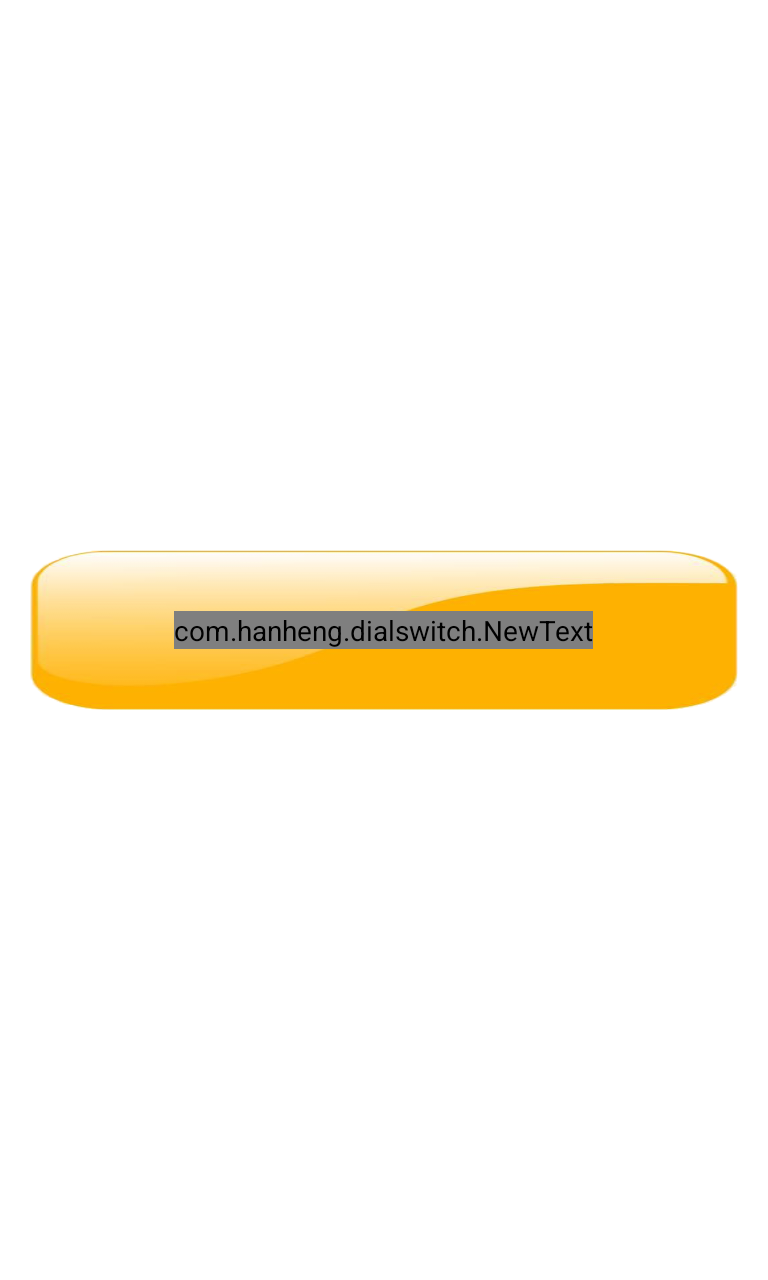
Repository: CovaWang/temporary_embedded
Layout: 7#车联·共享单车/代码/代码/res/layout/display.xml
These files come from the project's save history. The layout is drawn as it stood at one moment and after the next save; the edit follows.
Pictures or frames that could not be fetched are drawn as grey boxes. It is drawn on a 768 x 1280 px phone screen (xhdpi) without system bars, with theme AppTheme; the app's code is not run.

Above is the layout before, as saved 2024-05-15 11:45:05.

After the next save:
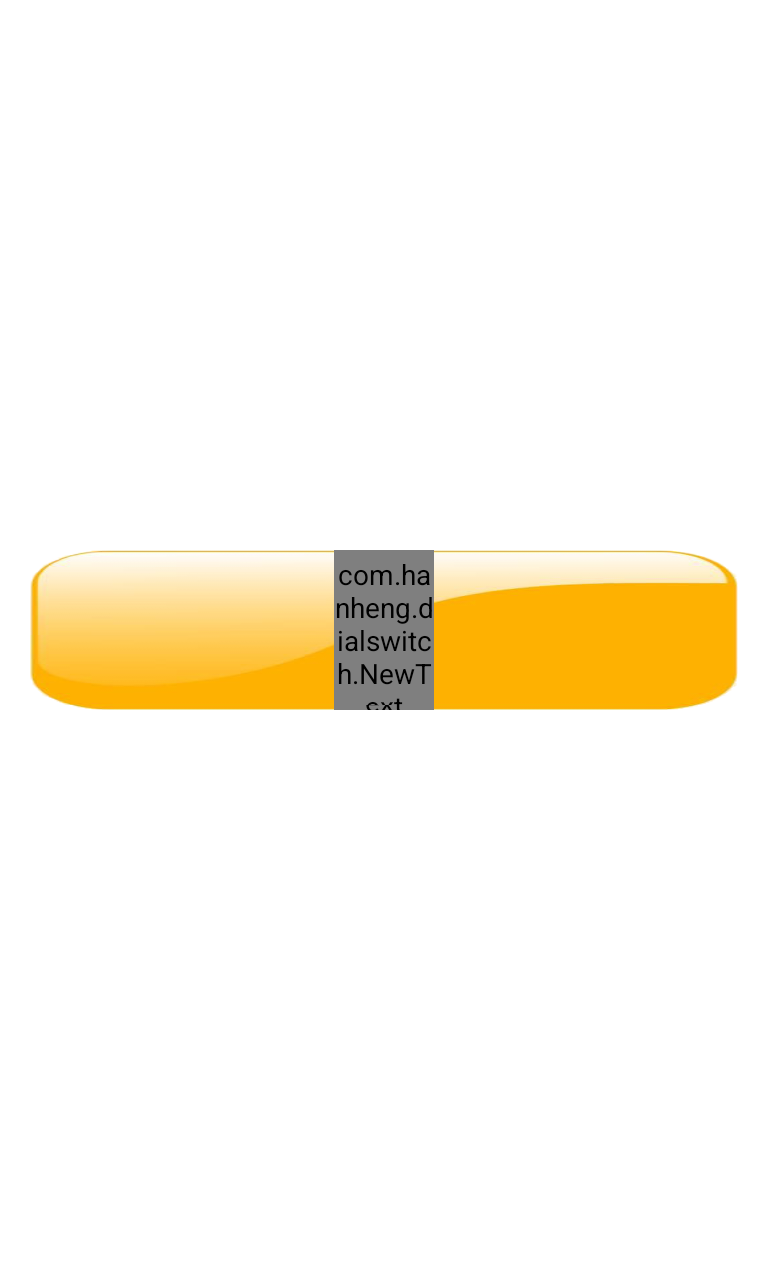
Saved 105 s later.
--- a/7#车联·共享单车/代码/代码/res/layout/display.xml
+++ b/7#车联·共享单车/代码/代码/res/layout/display.xml
@@ -12,7 +12,7 @@
         android:background="@drawable/btn">
 
         <com.hanheng.dialswitch.NewText
-            android:layout_width="wrap_content"
+            android:layout_width="50dp"
             android:layout_height="wrap_content"
             android:layout_centerInParent="true"
             android:gravity="center"
@@ -23,7 +23,7 @@
 
         <com.hanheng.dialswitch.NewText
             android:id="@+id/counterText"
-            android:layout_width="wrap_content"
+            android:layout_width="50dp"
             android:layout_height="wrap_content"
             android:layout_centerInParent="true"
             android:layout_marginTop="5dp"
